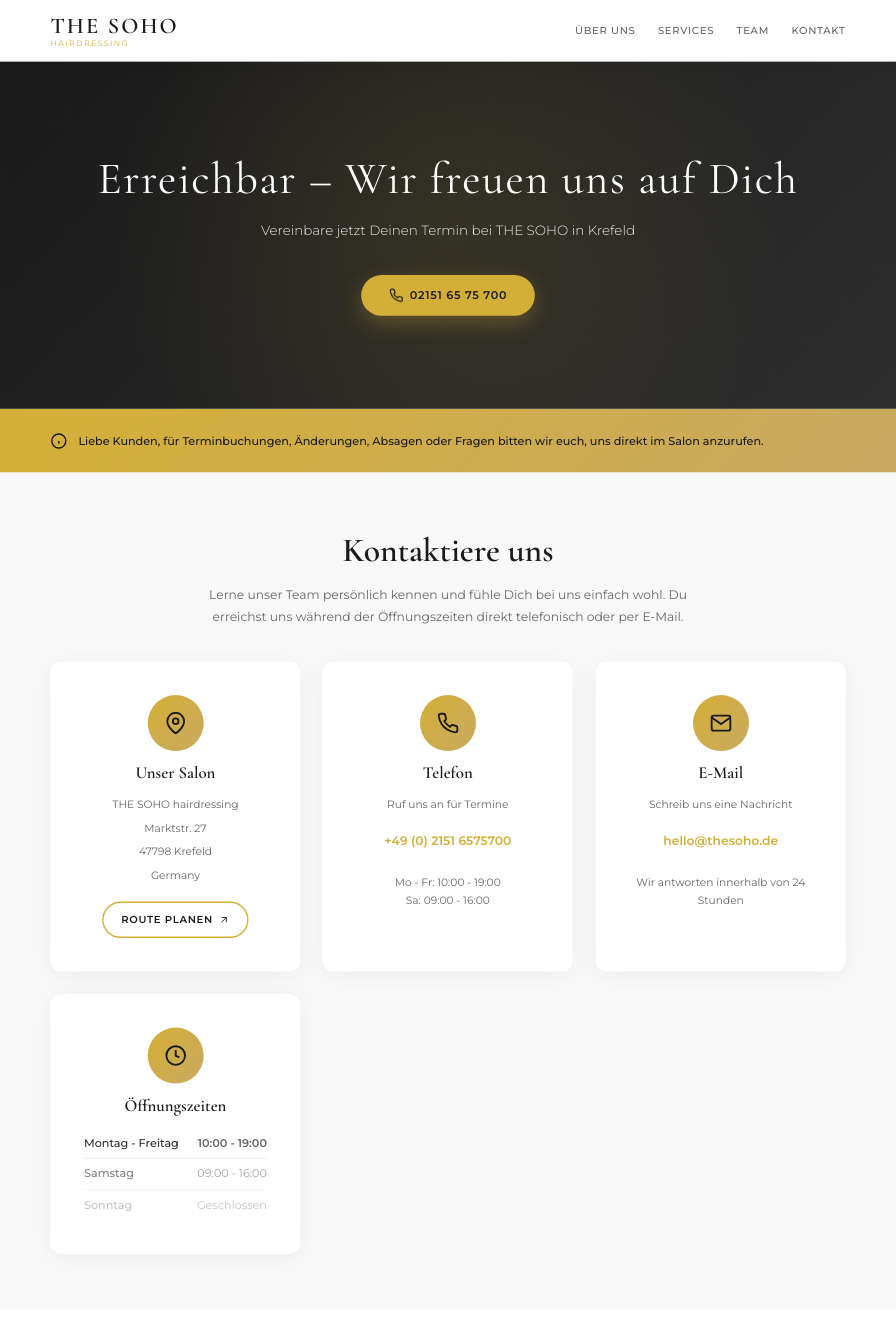
Repository: chichofb/friseur
Page: index.html
An editor plug-in stored every save of this project. The page is shown before and after the next save, followed by the edit.
The browser window is 1280 px wide. The pictures show the part of the page from y = 0 to 1920 px (the page is 3126 px tall), at 70% of full size.
Pictures or frames that could not be fetched are drawn as grey boxes.

Above is the page before, as saved 2026-01-13 15:24:03.

### index.html
<!DOCTYPE html>
<html lang="de">

<head>
    <meta charset="UTF-8">
    <meta name="viewport" content="width=device-width, initial-scale=1.0">
    <title>THE SOHO - Kontakt | Dein Premium Friseur in Krefeld</title>
    <link rel="preconnect" href="https://fonts.googleapis.com">
    <link rel="preconnect" href="https://fonts.gstatic.com" crossorigin>
    <link
        href="https://fonts.googleapis.com/css2?family=Cormorant+Garamond:wght@300;400;500;600;700&family=Montserrat:wght@300;400;500;600&display=swap"
        rel="stylesheet">
    <link rel="stylesheet" href="styles.css">
</head>

<body>
    <!-- Header -->
    <header class="header">
        <div class="container">
            <div class="logo">
                <h1>THE SOHO</h1>
                <p class="tagline">hairdressing</p>
            </div>
            <nav class="nav">
                <a href="#about">Über uns</a>
                <a href="#services">Services</a>
                <a href="#team">Team</a>
                <a href="#contact">Kontakt</a>
            </nav>
        </div>
    </header>

    <!-- Hero Section -->
    <section class="hero">
        <div class="hero-overlay"></div>
        <div class="hero-content">
            <h2 class="hero-title">Erreichbar – Wir freuen uns auf Dich</h2>
            <p class="hero-subtitle">Vereinbare jetzt Deinen Termin bei THE SOHO in Krefeld</p>
            <a href="tel:004921516575700" class="btn-primary">
                <svg width="20" height="20" viewBox="0 0 24 24" fill="none" stroke="currentColor" stroke-width="2">
                    <path
                        d="M22 16.92v3a2 2 0 0 1-2.18 2 19.79 19.79 0 0 1-8.63-3.07 19.5 19.5 0 0 1-6-6 19.79 19.79 0 0 1-3.07-8.67A2 2 0 0 1 4.11 2h3a2 2 0 0 1 2 1.72 12.84 12.84 0 0 0 .7 2.81 2 2 0 0 1-.45 2.11L8.09 9.91a16 16 0 0 0 6 6l1.27-1.27a2 2 0 0 1 2.11-.45 12.84 12.84 0 0 0 2.81.7A2 2 0 0 1 22 16.92z">
                    </path>
                </svg>
                02151 65 75 700
            </a>
        </div>
    </section>

    <!-- Info Banner -->
    <section class="info-banner">
        <div class="container">
            <div class="info-content">
                <svg width="24" height="24" viewBox="0 0 24 24" fill="none" stroke="currentColor" stroke-width="2">
                    <circle cx="12" cy="12" r="10"></circle>
                    <line x1="12" y1="16" x2="12" y2="12"></line>
                    <line x1="12" y1="8" x2="12.01" y2="8"></line>
                </svg>
                <p>Liebe Kunden, für Terminbuchungen, Änderungen, Absagen oder Fragen bitten wir euch, uns direkt im
                    Salon anzurufen.</p>
            </div>
        </div>
    </section>

    <!-- Contact Section -->
    <section class="contact-section" id="contact">
        <div class="container">
            <div class="section-header">
                <h3 class="section-title">Kontaktiere uns</h3>
                <p class="section-description">
                    Lerne unser Team persönlich kennen und fühle Dich bei uns einfach wohl.
                    Du erreichst uns während der Öffnungszeiten direkt telefonisch oder per E-Mail.
                </p>
            </div>

            <div class="contact-grid">
                <!-- Contact Cards -->
                <div class="contact-card">
                    <div class="card-icon">
                        <svg width="32" height="32" viewBox="0 0 24 24" fill="none" stroke="currentColor"
                            stroke-width="2">
                            <path d="M21 10c0 7-9 13-9 13s-9-6-9-13a9 9 0 0 1 18 0z"></path>
                            <circle cx="12" cy="10" r="3"></circle>
                        </svg>
                    </div>
                    <h4>Unser Salon</h4>
                    <p>THE SOHO hairdressing</p>
                    <p>Marktstr. 27</p>
                    <p>47798 Krefeld</p>
                    <p>Germany</p>
                    <a href="https://goo.gl/maps/4pSyCB7KoeMvoTCw5" target="_blank" class="btn-secondary">
                        Route planen
                        <svg width="16" height="16" viewBox="0 0 24 24" fill="none" stroke="currentColor"
                            stroke-width="2">
                            <line x1="7" y1="17" x2="17" y2="7"></line>
                            <polyline points="7 7 17 7 17 17"></polyline>
                        </svg>
                    </a>
                </div>

                <div class="contact-card">
                    <div class="card-icon">
                        <svg width="32" height="32" viewBox="0 0 24 24" fill="none" stroke="currentColor"
                            stroke-width="2">
                            <path
                                d="M22 16.92v3a2 2 0 0 1-2.18 2 19.79 19.79 0 0 1-8.63-3.07 19.5 19.5 0 0 1-6-6 19.79 19.79 0 0 1-3.07-8.67A2 2 0 0 1 4.11 2h3a2 2 0 0 1 2 1.72 12.84 12.84 0 0 0 .7 2.81 2 2 0 0 1-.45 2.11L8.09 9.91a16 16 0 0 0 6 6l1.27-1.27a2 2 0 0 1 2.11-.45 12.84 12.84 0 0 0 2.81.7A2 2 0 0 1 22 16.92z">
                            </path>
                        </svg>
                    </div>
                    <h4>Telefon</h4>
                    <p>Ruf uns an für Termine</p>
                    <a href="tel:004921516575700" class="contact-link">+49 (0) 2151 6575700</a>
                    <p class="small-text">Mo - Fr: 10:00 - 19:00<br>Sa: 09:00 - 16:00</p>
                </div>

                <div class="contact-card">
                    <div class="card-icon">
                        <svg width="32" height="32" viewBox="0 0 24 24" fill="none" stroke="currentColor"
                            stroke-width="2">
                            <path d="M4 4h16c1.1 0 2 .9 2 2v12c0 1.1-.9 2-2 2H4c-1.1 0-2-.9-2-2V6c0-1.1.9-2 2-2z">
                            </path>
                            <polyline points="22,6 12,13 2,6"></polyline>
                        </svg>
                    </div>
                    <h4>E-Mail</h4>
                    <p>Schreib uns eine Nachricht</p>
                    <a href="mailto:hello@thesoho.de" class="contact-link">hello@thesoho.de</a>
                    <p class="small-text">Wir antworten innerhalb von 24 Stunden</p>
                </div>

                <div class="contact-card">
                    <div class="card-icon">
                        <svg width="32" height="32" viewBox="0 0 24 24" fill="none" stroke="currentColor"
                            stroke-width="2">
                            <circle cx="12" cy="12" r="10"></circle>
                            <polyline points="12 6 12 12 16 14"></polyline>
                        </svg>
                    </div>
                    <h4>Öffnungszeiten</h4>
                    <div class="opening-hours">
                        <div class="hours-row">
                            <span>Montag - Freitag</span>
                            <span>10:00 - 19:00</span>
                        </div>
                        <div class="hours-row">
                            <span>Samstag</span>
                            <span>09:00 - 16:00</span>
                        </div>
                        <div class="hours-row closed">
                            <span>Sonntag</span>
                            <span>Geschlossen</span>
                        </div>
                    </div>
                </div>
            </div>
        </div>
    </section>

    <!-- Map Section -->
    <section class="map-section">
        <div class="map-container">
            <iframe
                src="https://www.google.com/maps/embed?pb=!1m18!1m12!1m3!1d2484.5436!2d6.5654!3d51.3317!2m3!1f0!2f0!3f0!3m2!1i1024!2i768!4f13.1!3m3!1m2!1s0x47b8a9f4a9f4a9f5%3A0x1234567890!2sMarktstra%C3%9Fe%2027%2C%2047798%20Krefeld%2C%20Germany!5e0!3m2!1sen!2sde!4v1234567890"
                width="100%" height="100%" style="border:0;" allowfullscreen="" loading="lazy">
            </iframe>
        </div>
        <div class="map-overlay">
            <div class="map-info">
                <h3>Besuche uns</h3>
                <p>Mitten im Herzen von Krefeld</p>
                <a href="https://goo.gl/maps/4pSyCB7KoeMvoTCw5" target="_blank" class="btn-primary">
                    Navigation starten
                    <svg width="16" height="16" viewBox="0 0 24 24" fill="none" stroke="currentColor" stroke-width="2">
                        <line x1="7" y1="17" x2="17" y2="7"></line>
                        <polyline points="7 7 17 7 17 17"></polyline>
                    </svg>
                </a>
            </div>
        </div>
    </section>

    <!-- Social Section -->
    <section class="social-section">
        <div class="container">
            <div class="social-content">
                <h3>Folge uns</h3>
                <p>Bleib auf dem Laufenden mit unseren neuesten Styles und Trends</p>
                <div class="social-links">
                    <a href="https://www.instagram.com/thesohohairdressing/" target="_blank"
                        class="social-btn instagram">
                        <svg width="24" height="24" viewBox="0 0 24 24" fill="currentColor">
                            <rect x="2" y="2" width="20" height="20" rx="5" ry="5"></rect>
                            <path d="M16 11.37A4 4 0 1 1 12.63 8 4 4 0 0 1 16 11.37z" fill="none" stroke="white"
                                stroke-width="2"></path>
                            <line x1="17.5" y1="6.5" x2="17.51" y2="6.5" stroke="white" stroke-width="2"></line>
                        </svg>
                        <span>Instagram</span>
                    </a>
                    <a href="https://www.facebook.com/thesohohairdressing/" target="_blank" class="social-btn facebook">
                        <svg width="24" height="24" viewBox="0 0 24 24" fill="currentColor">
                            <path d="M18 2h-3a5 5 0 0 0-5 5v3H7v4h3v8h4v-8h3l1-4h-4V7a1 1 0 0 1 1-1h3z"></path>
                        </svg>
                        <span>Facebook</span>
                    </a>
                </div>
            </div>
        </div>
    </section>

    <!-- Footer -->
    <footer class="footer">
        <div class="container">
            <div class="footer-content">
                <div class="footer-brand">
                    <h2>THE SOHO</h2>
                    <p class="tagline">hairdressing</p>
                    <p class="footer-text">Premium Friseur in Krefeld seit 2025</p>
                </div>
                <div class="footer-links">
                    <h4>Quick Links</h4>
                    <a href="#about">Über uns</a>
                    <a href="#services">Services</a>
                    <a href="#team">Team</a>
                    <a href="#contact">Kontakt</a>
                </div>
                <div class="footer-links">
                    <h4>Services</h4>
                    <a href="#">Balayage</a>
                    <a href="#">Hair Systems</a>
                    <a href="#">Styles</a>
                    <a href="#">Preisliste</a>
                </div>
                <div class="footer-links">
                    <h4>Legal</h4>
                    <a href="#">Impressum</a>
                    <a href="#">Datenschutz</a>
                    <a href="#">Cookie-Richtlinie</a>
                </div>
            </div>
            <div class="footer-bottom">
                <p>&copy; 2025 THE SOHO hairdressing. Alle Rechte vorbehalten.</p>
            </div>
        </div>
    </footer>

    <script src="script.js"></script>
</body>

</html>

Loaded but not shown: script.js (109 lines, source omitted); styles.css (711 lines, source omitted)

After the next save:
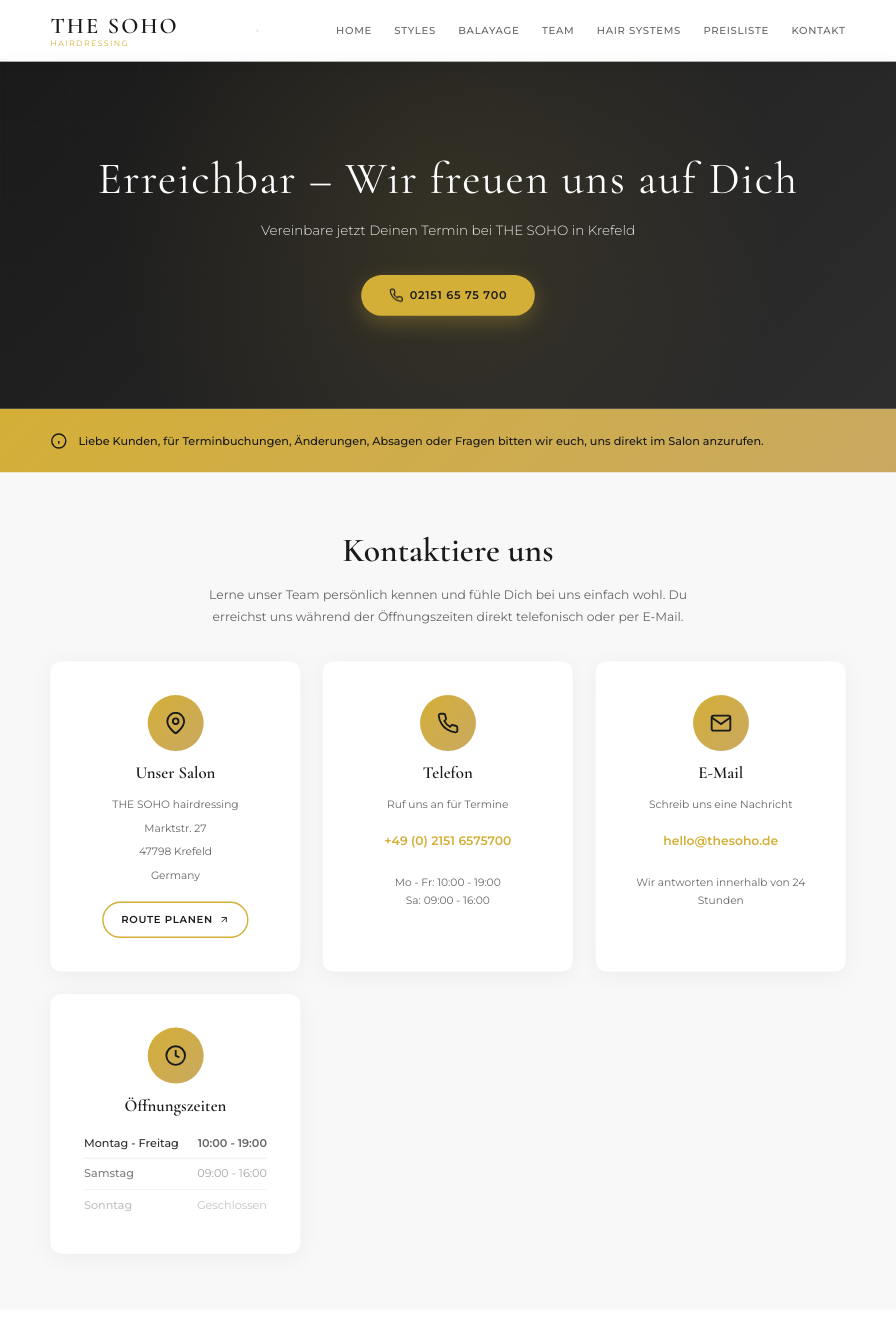
Saved 109 s later.
--- a/index.html
+++ b/index.html
@@ -17,15 +17,23 @@
     <!-- Header -->
     <header class="header">
         <div class="container">
-            <div class="logo">
+            <a href="https://www.thesoho.de/" class="logo">
                 <h1>THE SOHO</h1>
                 <p class="tagline">hairdressing</p>
-            </div>
+            </a>
+            <button class="mobile-menu-toggle" aria-label="Toggle menu">
+                <span></span>
+                <span></span>
+                <span></span>
+            </button>
             <nav class="nav">
-                <a href="#about">Über uns</a>
-                <a href="#services">Services</a>
-                <a href="#team">Team</a>
-                <a href="#contact">Kontakt</a>
+                <a href="https://www.thesoho.de/">Home</a>
+                <a href="https://www.thesoho.de/styles/">Styles</a>
+                <a href="https://www.thesoho.de/balayage/">Balayage</a>
+                <a href="https://www.thesoho.de/team/">Team</a>
+                <a href="https://www.thesoho.de/maennerperuecken/">Hair Systems</a>
+                <a href="https://www.thesoho.de/pricelist/">Preisliste</a>
+                <a href="https://www.thesoho.de/contact-us/" class="active">Kontakt</a>
             </nav>
         </div>
     </header>
@@ -218,23 +226,23 @@
                 </div>
                 <div class="footer-links">
                     <h4>Quick Links</h4>
-                    <a href="#about">Über uns</a>
-                    <a href="#services">Services</a>
-                    <a href="#team">Team</a>
-                    <a href="#contact">Kontakt</a>
+                    <a href="https://www.thesoho.de/">Home</a>
+                    <a href="https://www.thesoho.de/styles/">Styles</a>
+                    <a href="https://www.thesoho.de/team/">Team</a>
+                    <a href="https://www.thesoho.de/contact-us/">Kontakt</a>
                 </div>
                 <div class="footer-links">
                     <h4>Services</h4>
-                    <a href="#">Balayage</a>
-                    <a href="#">Hair Systems</a>
-                    <a href="#">Styles</a>
-                    <a href="#">Preisliste</a>
+                    <a href="https://www.thesoho.de/balayage/">Balayage</a>
+                    <a href="https://www.thesoho.de/maennerperuecken/">Hair Systems</a>
+                    <a href="https://www.thesoho.de/styles/">Styles</a>
+                    <a href="https://www.thesoho.de/pricelist/">Preisliste</a>
                 </div>
                 <div class="footer-links">
                     <h4>Legal</h4>
-                    <a href="#">Impressum</a>
-                    <a href="#">Datenschutz</a>
-                    <a href="#">Cookie-Richtlinie</a>
+                    <a href="https://www.thesoho.de/impressum/">Impressum</a>
+                    <a href="https://www.thesoho.de/privacy-policy/">Privacy Policy</a>
+                    <a href="https://www.thesoho.de/cookie-richtlinie-eu/">Cookie-Richtlinie</a>
                 </div>
             </div>
             <div class="footer-bottom">
